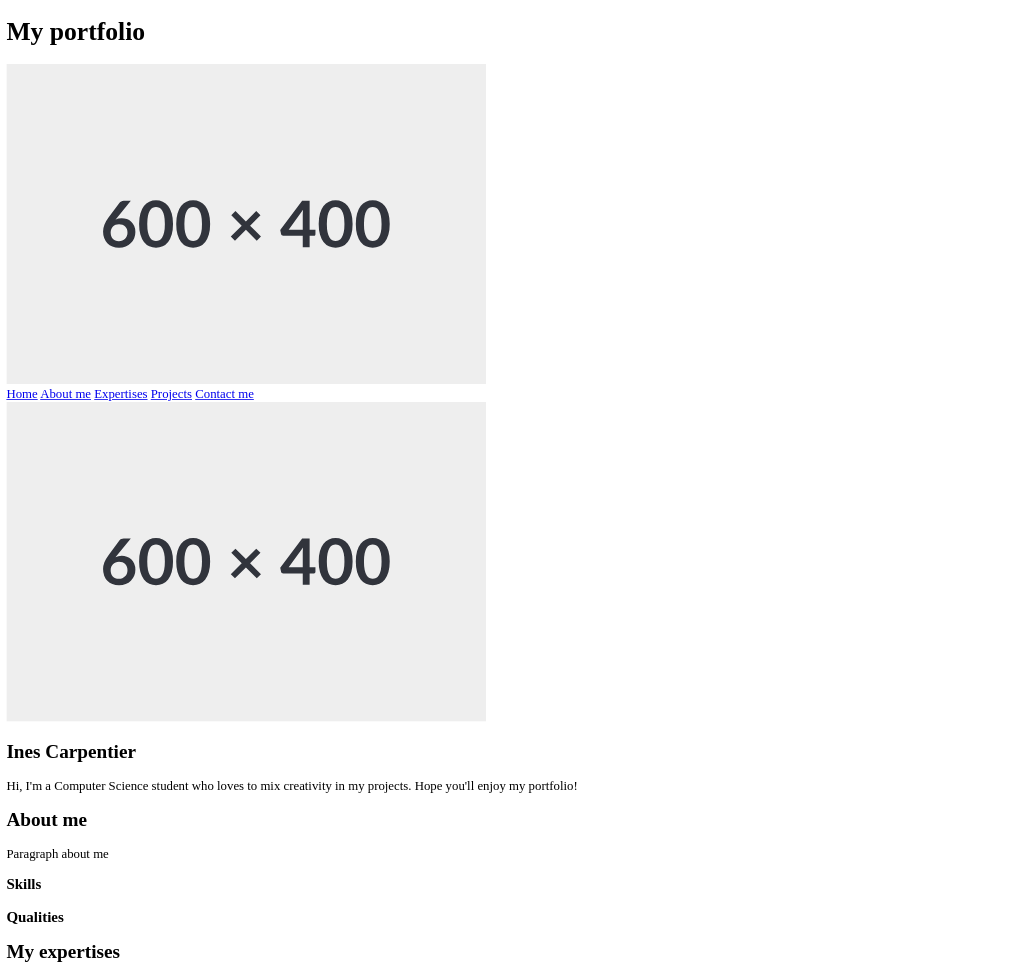
Repository: InsCarp/InsCarp
Page: index.html
These files come from the project's save history. The page is drawn as it stood at one moment and after the next save; the edit follows.
The browser window is 1280 px wide. The pictures show the whole page, at 80% of full size.

Above is the page before, as saved 2026-04-22 09:58:06.

After the next save:
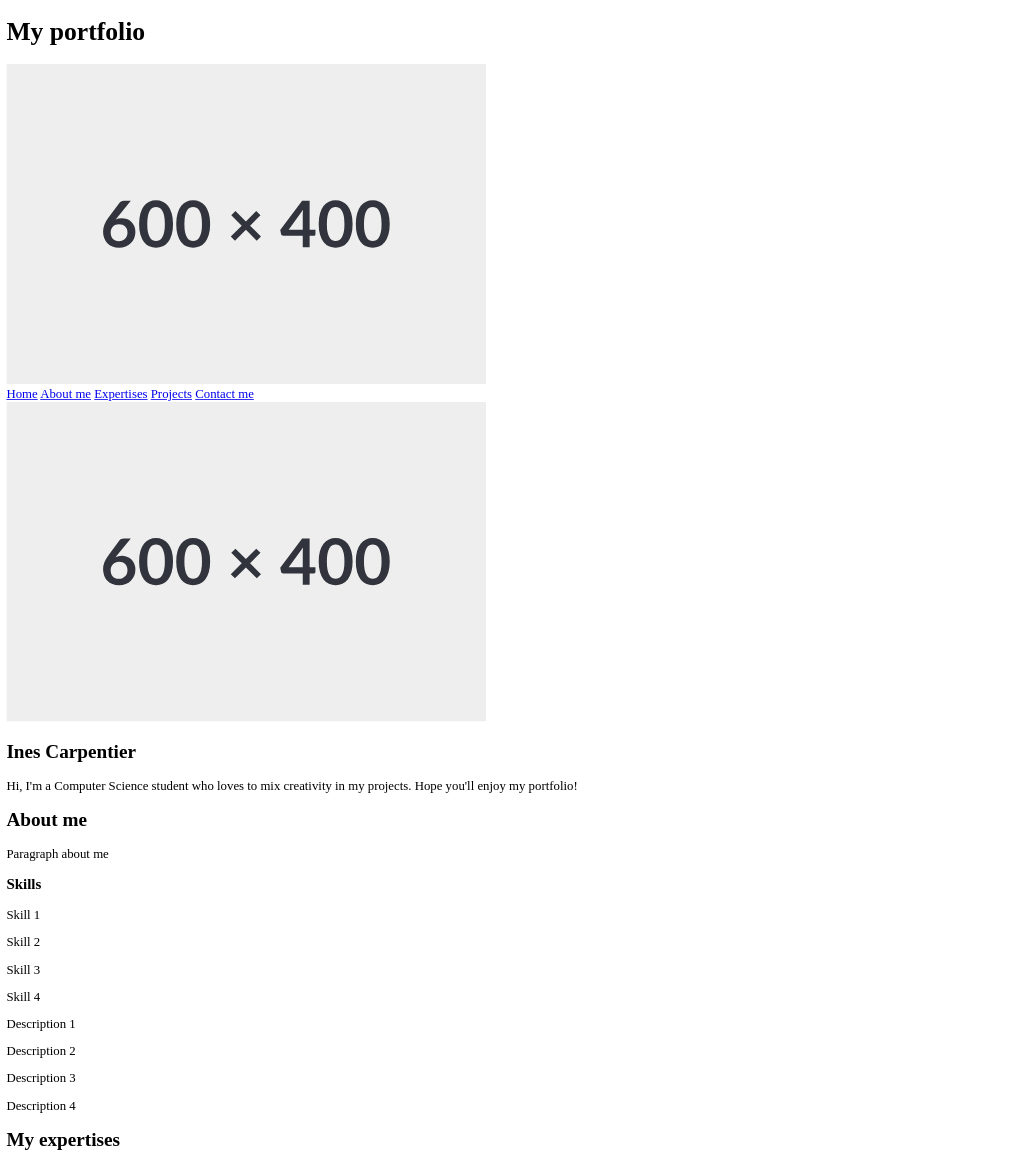
Saved 4 min 23 s later.
--- a/index.html
+++ b/index.html
@@ -31,13 +31,18 @@
     <div class="About">
         <h2 id="About">About me</h2>
         <p>Paragraph about me</p>
+        <h3>Skills</h3>
         <article>
-            <h3>Skills</h3>
-
+            <p>Skill 1</p>
+            <p>Skill 2</p>
+            <p>Skill 3</p>
+            <p>Skill 4</p>
         </article>
         <article>
-            <h3>Qualities</h3>
-
+            <p>Description 1</p>
+            <p>Description 2</p>
+            <p>Description 3</p>
+            <P>Description 4</P>
         </article>
     </div>
     <div class="Exp">
